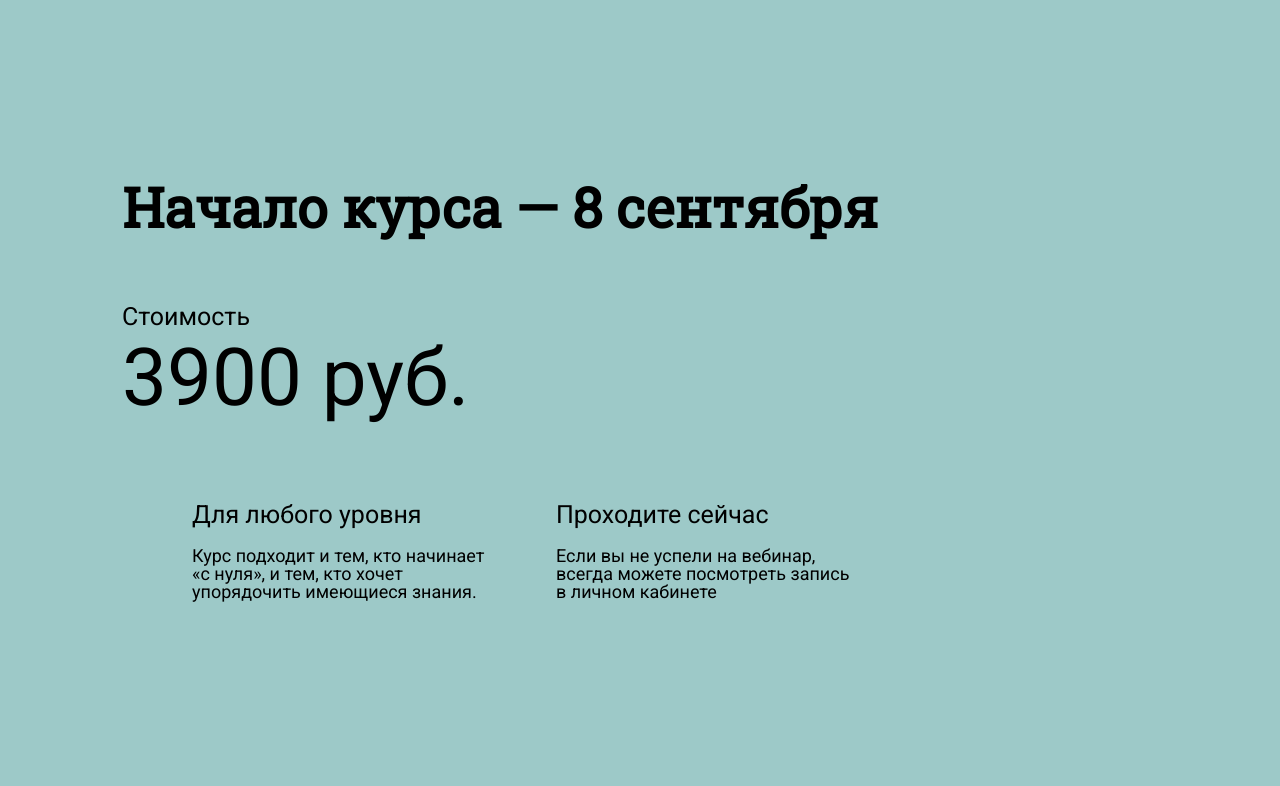
Repository: NatiqSamiyev/fiqma-task3
Page: index.html
The author's editor kept a copy of each file at every save. The page is drawn from the files as they stood at one save, then again after the next save.
The browser window is 1280 px wide. The pictures show the whole page.

Above is the page before, as saved 2023-08-09 13:26:03.

After the next save:
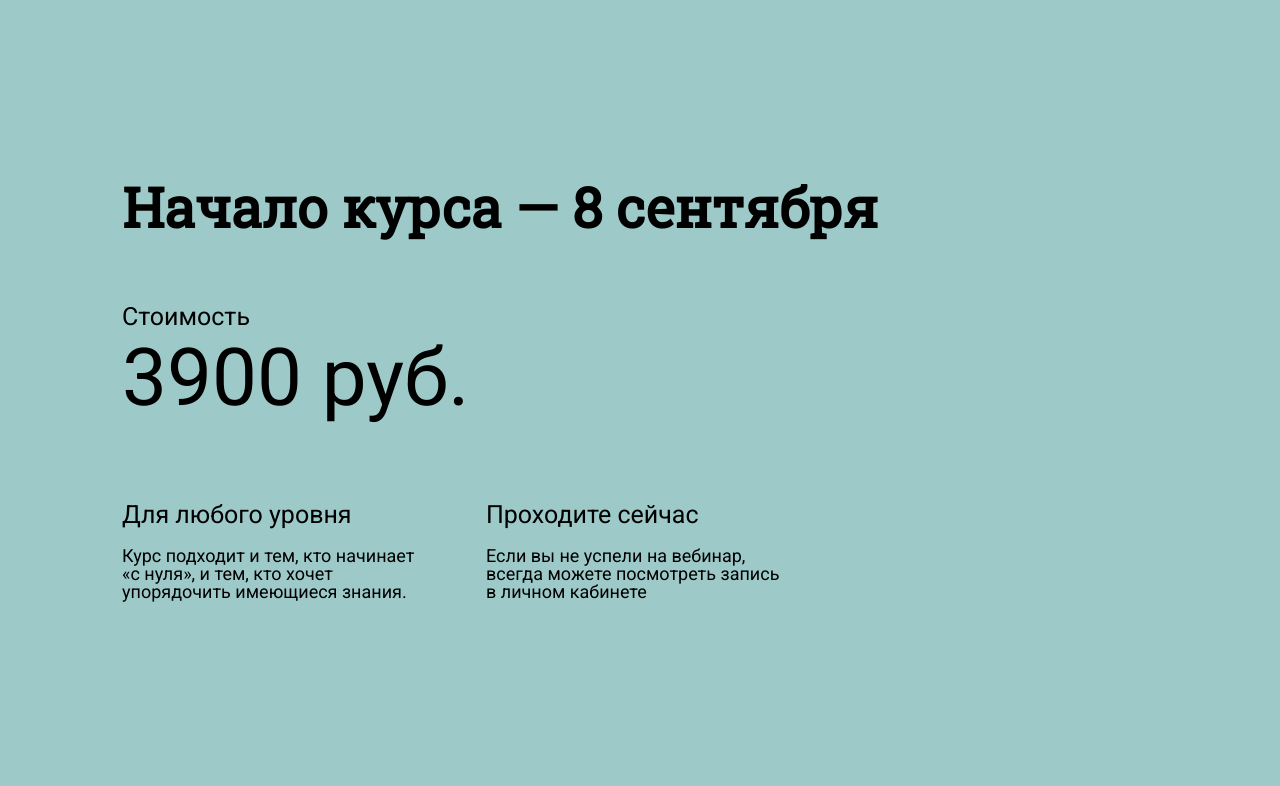
Saved 20 s later.
--- a/index.css
+++ b/index.css
@@ -48,7 +48,7 @@
 
 .container ul li {
   list-style-type: none;
-  margin-left: 70px;
+  margin-right: 70px;
 }
 
 .container h4 {
